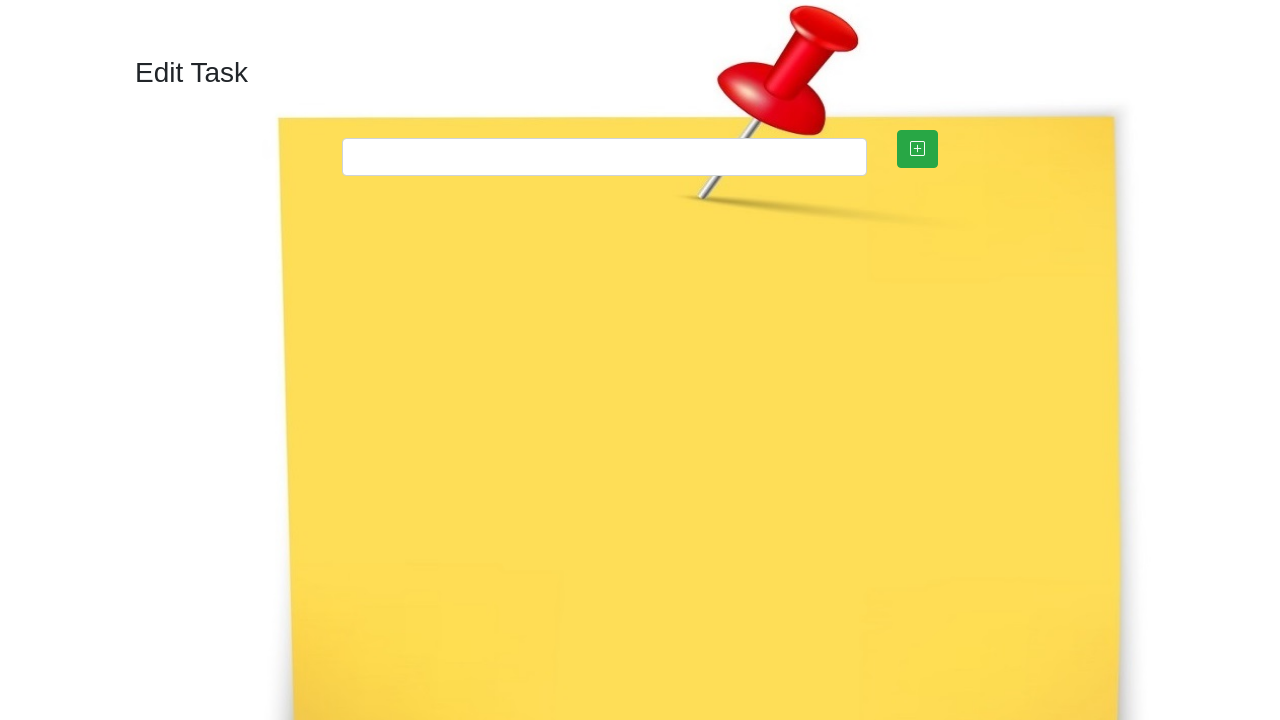
Repository: walaaElbasha/Todo-list-laravel
Page: http://localhost/tasks
An editor plug-in stored every save of this project. The page is shown before and after the next save, followed by the edit.
The browser window is 1280 px wide. The pictures show the whole page.
The page is served by the project's Laravel application, run on PHP 8.4 with Laravel 8. Style sheets and scripts are compiled from the project's sources, by tool versions that may differ from the author's. Queries for data that is not in the repository find no rows.

Above is the page before, as saved 2021-07-01 14:31:07.

After the next save:
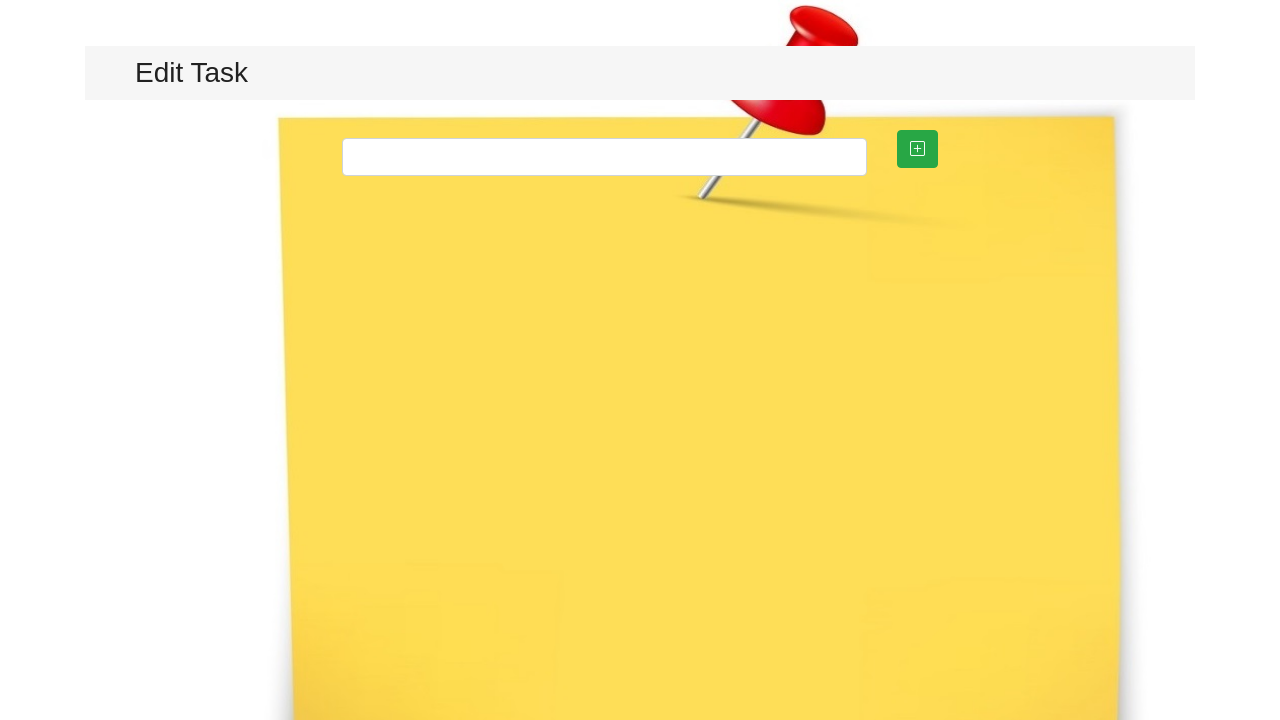
Saved 19 s later.
--- a/resources/views/tasks/index.blade.php
+++ b/resources/views/tasks/index.blade.php
@@ -7,7 +7,7 @@
 
     <div class="container" style=" justify-content:center; align-items:center">
         <h1 style="
-            color: rgb(33, 33, 33),
+            color: rgb(33, 33, 33);
             background-color: rgb(246, 246, 246) ;
             margin-top: 30px;
             margin-bottom: 30px;
